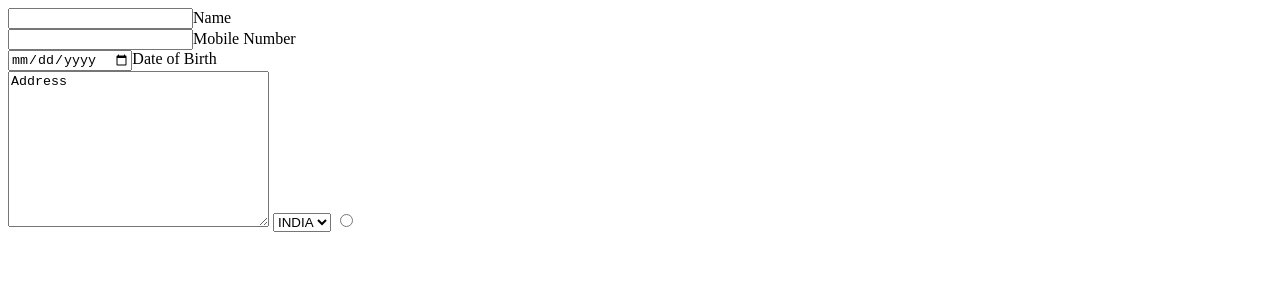
Repository: mannu343/project
Page: student/src/main/webapp/student.html
These files come from the project's save history. The page is drawn as it stood at one moment and after the next save; the edit follows.
The browser window is 1280 px wide. The pictures show the whole page.

Above is the page before, as saved 2023-01-31 17:15:55.

### student/src/main/webapp/student.html
<!DOCTYPE html>
<html>
<head>
<meta charset="ISO-8859-1">
<title>Insert title here</title>
</head>
<body>
<form action="">
<input name="name" type="text">Name <br>
<input name="mob" type="number">Mobile Number <br>
<input name="dob" type="date">Date of Birth <br>
<textarea name="ads" rows="10" cols="30">Address</textarea>
<select name="Contry">
<option value="INDIA">INDIA</option>
<option value="BAN">BAN</option>
<option value="PAK">PAK</option>
</select>
<input name="gen" type="radio">



</form>

</body>
</html>

After the next save:
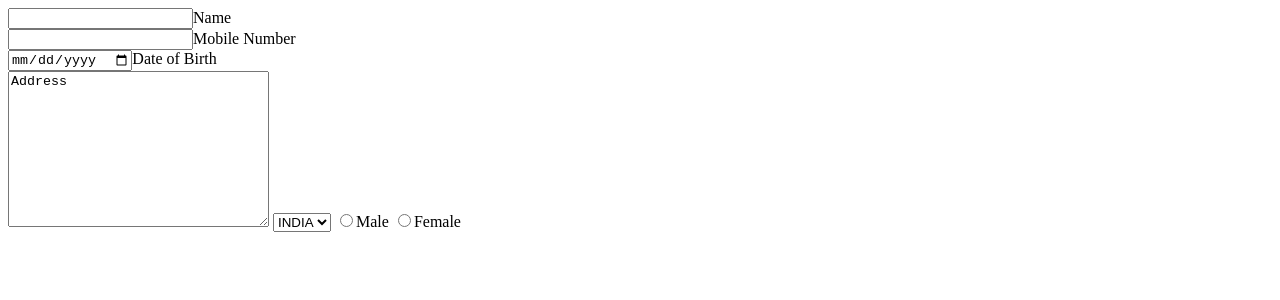
Saved 61 s later.
--- a/student/src/main/webapp/student.html
+++ b/student/src/main/webapp/student.html
@@ -15,7 +15,8 @@
 <option value="BAN">BAN</option>
 <option value="PAK">PAK</option>
 </select>
-<input name="gen" type="radio">
+<input name="gen" type="radio" value="Male">Male
+<input name="gen" type="radio" value="Female">Female
 
 
 
